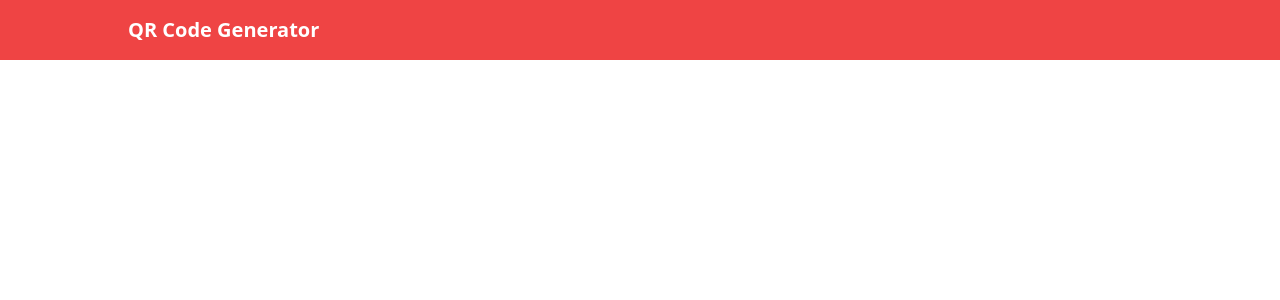
Repository: Ellisvelandia/QR-generator
Page: index.html
These files come from the project's save history. The page is drawn as it stood at one moment and after the next save; the edit follows.
The browser window is 1280 px wide. The pictures show the whole page.
Some web libraries are served in a nearby version.

Above is the page before, as saved 2022-08-21 20:40:24.

### index.html
<!DOCTYPE html>
<html lang="en">
  <head>
    <meta charset="UTF-8" />
    <meta http-equiv="X-UA-Compatible" content="IE=edge" />
    <meta name="viewport" content="width=device-width, initial-scale=1.0" />
    <script src="https://cdn.tailwindcss.com"></script>
    <script>
      tailwind.config = {
        theme: {
          extend: {
            colors: {
              fontFamily: {
                sans: ["Poppins", "sans-serif"],
              },
            },
          },
        },
      };
    </script>
    <script
      src="https://cdnjs.cloudflare.com/ajax/libs/qrcodejs/1.0.0/qrcode.min.js"
      integrity="sha512-CNgIRecGo7nphbeZ04Sc13ka07paqdeTu0WR1IM4kNcpmBAUSHSQX0FslNhTDadL4O5SAGapGt4FodqL8My0mA=="
      crossorigin="anonymous"
      referrerpolicy="no-referrer"
    ></script>
    <script src="js/script.js"></script>
    <title>QR Code Generator</title>
  </head>
  <body>
    <header class="bg-red-500 p-4 mb-10">
      <div class="max-w-5xl m-auto">
        <div class="text-xl font-bold text-white">QR Code Generator</div>
      </div>
    </header>
    <main class="">

    </main>
  </body>
</html>

Loaded but not shown: js/script.js (no copy from this time; the picture is the same without it)

After the next save:
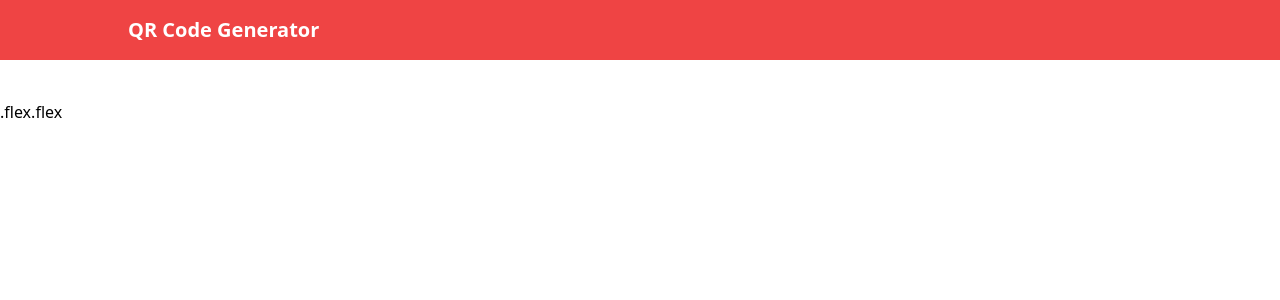
Saved 6 s later.
--- a/index.html
+++ b/index.html
@@ -34,7 +34,7 @@
       </div>
     </header>
     <main class="">
-
+   .flex.flex
     </main>
   </body>
 </html>
